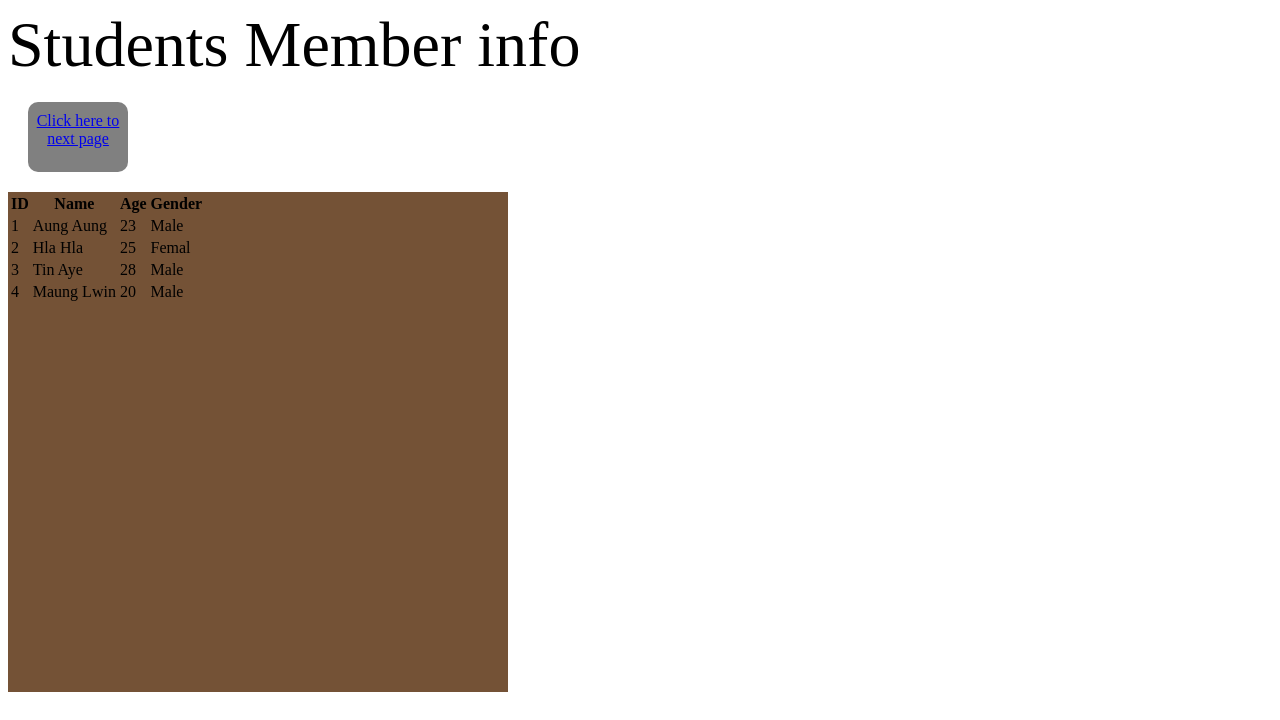
Repository: ThantLwinSoe/Servlet
Page: 01-Communication/src/main/webapp/index.html
The author's editor kept a copy of each file at every save. The page is drawn from the files as they stood at one save, then again after the next save.
The browser window is 1280 px wide. The pictures show the whole page.

Above is the page before, as saved 2023-02-07 02:46:18.

After the next save:
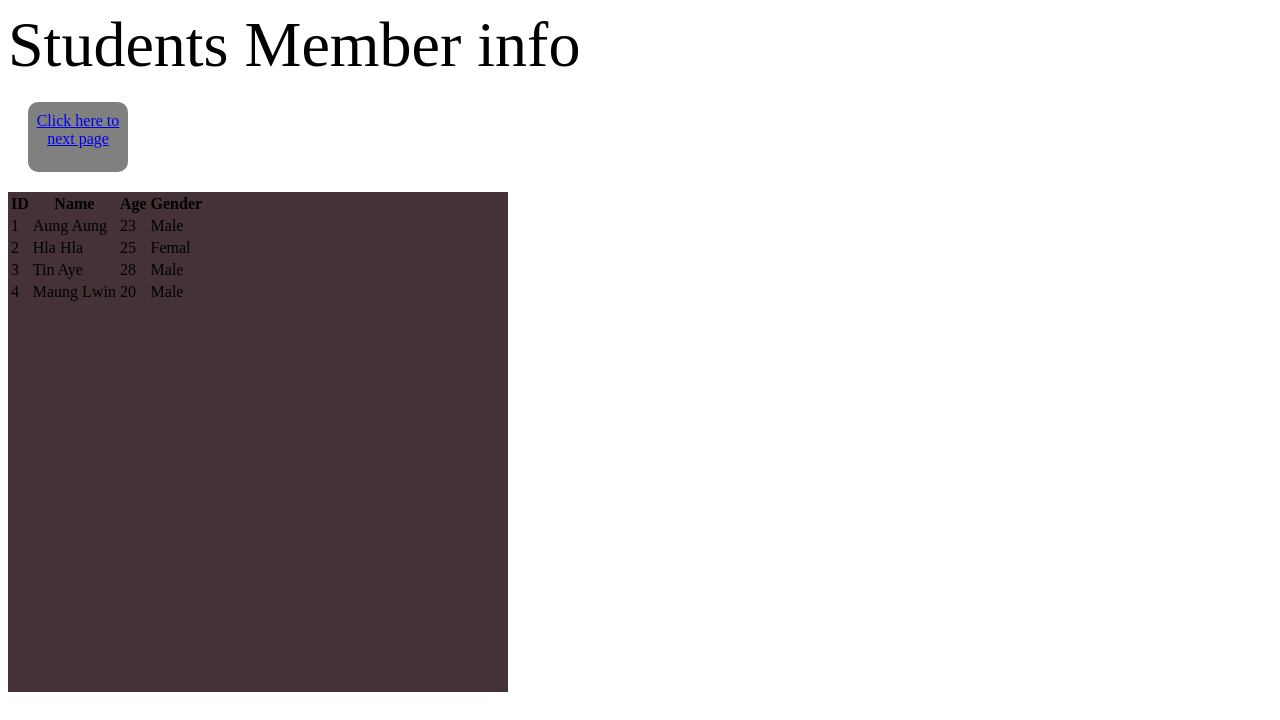
Saved 14 s later.
--- a/01-Communication/src/main/webapp/index.html
+++ b/01-Communication/src/main/webapp/index.html
@@ -20,7 +20,7 @@ h {
 	margin-top: 20px;
 	width: 500px;
 	height: 500px;
-	background: #745236;
+	background: #443236;
 }
 </style>
 <title>Servlet Communication</title>
